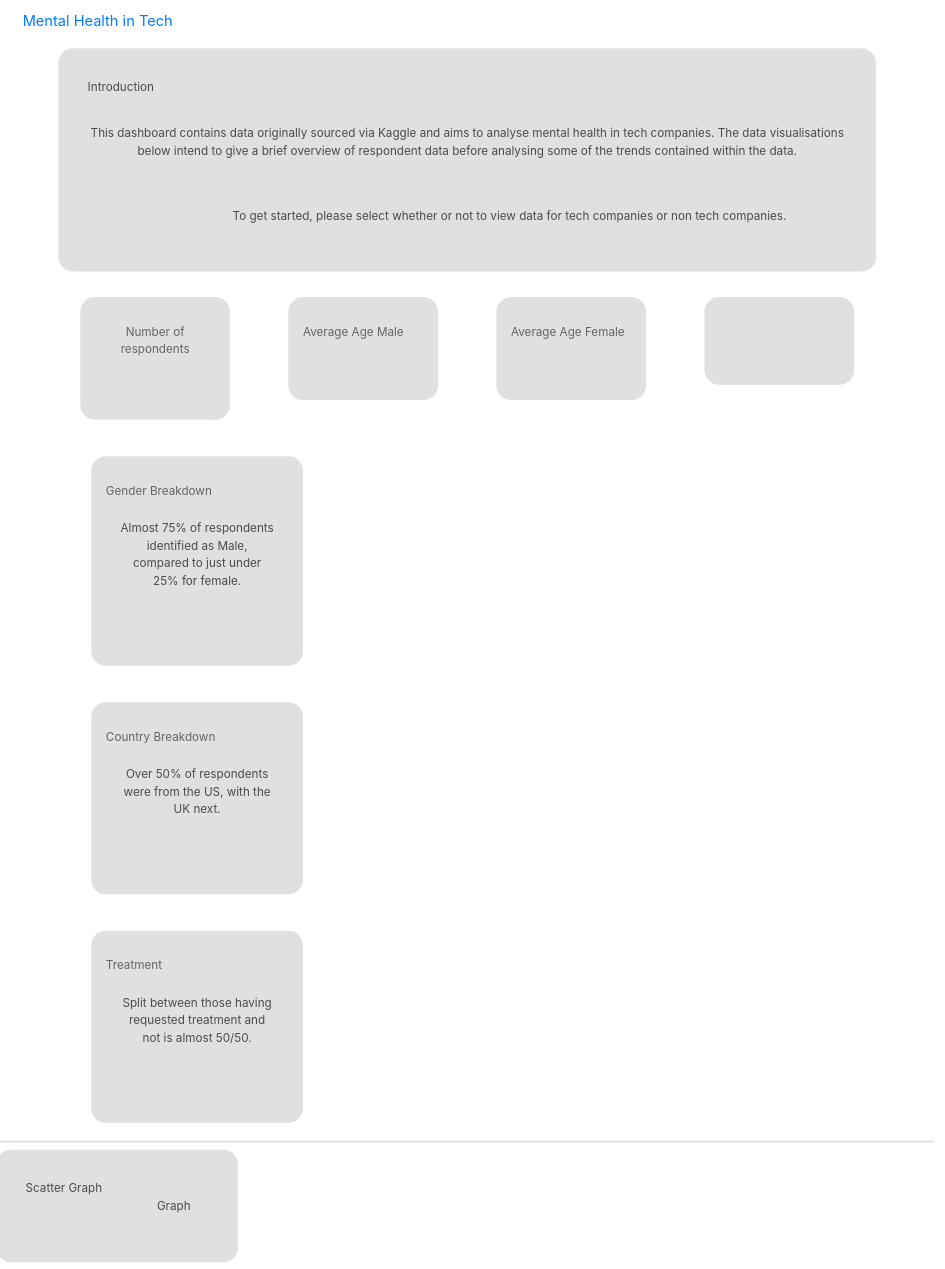
Repository: martingr1/mhdashboard
Page: index.html
The author's editor kept a record of every edit. The page is drawn from the files as they stood at one moment, then again after the next edit.
The browser window is 1280 px wide. The page is 1295 px wide, so the pictures cover 1295 px, including what lies to the right of the window. The pictures show the whole page, at 73% of full size.
Some web libraries are served in a nearby version.

Above is the page before.
Console error: SyntaxError: missing ) after argument list

After the next edit:
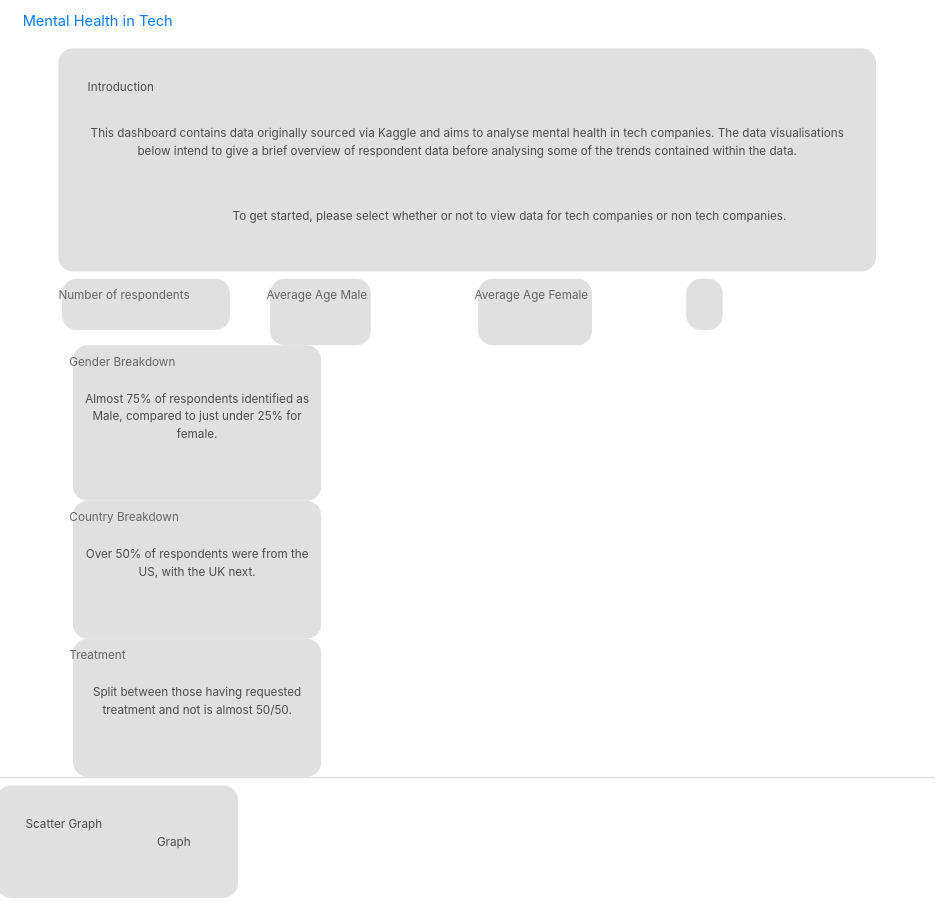
The edit:
--- a/static/css/style.css
+++ b/static/css/style.css
@@ -17,10 +17,8 @@
 	border-radius: 20px;
 	background-color: #D3D3D3;
 	opacity: 0.7;
-	margin: 25px;
-	padding: 35px;
-	display: flex;
-	width: 100%;
+	margin: auto 0;
+	padding: 10px;
 }
 
 .chart {
